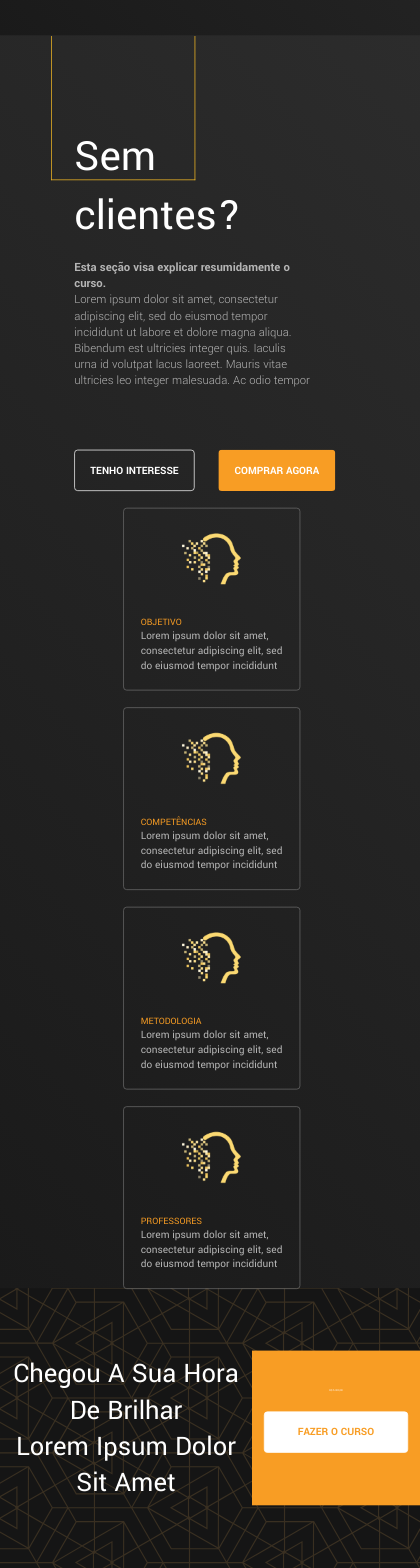
Repository: Rafael-Araujo-dev/Treinamento-Raccoon
Page: Projeto-2/index.html
These files come from the project's save history. The page is drawn as it stood at one moment and after the next save; the edit follows.
The browser window is 600 px wide. The pictures show the part of the page from y = 749 to 2989 px (the page is 2989 px tall), at 70% of full size.

Above is the page before, as saved 2021-09-23 11:35:35.

### Projeto-2/index.html
<!DOCTYPE html>
<html>
    <head>
        <title></title>
        <meta charset="utf-8"/>
        <meta name="viewport" content="width=device-width,initial-scale=1.0,maximum-scale=1.0">
        <link rel="preconnect" href="https://fonts.googleapis.com">
        <link rel="preconnect" href="https://fonts.gstatic.com" crossorigin>
        <link href="https://fonts.googleapis.com/css2?family=Yantramanav:wght@300;400;700&display=swap" rel="stylesheet">
        <link rel="stylesheet" href="css/style.css"/>
    </head>
    <body>
        <section class="hero-section">
            <div class="hero-header">
                <img class="logo" src="images/LOGOSYNAPSE_simbolo_laranja.png"/>
            </div>
            <div class="hero-container">
                <div class="hero-title">
                    Lorem ipsum dolor sit amet,<br>
                    consectetur adipiscing elit
                </div>
                <div class="hero-text">
                    Lorem ipsum dolor sit amet, consectetur adipiscing elit, sed do eiusmod tempor incididunt ut labore et dolore
                </div>
            </div>
            <div class="hero-btn-group">
                <button class="btn secondary">
                    Tenho interesse
                </button>
                <button class="btn primary">
                    Comprar agora
                </button>
            </div>
        </section>

        <section class="course-summary">
            <div class="container">
                <div class="col m">
                    <span class="rectangule"></span>
                    <span class="title">
                        Sem<br>clientes?
                    </span>
                    <div class="text">
                        <strong>Esta seção visa explicar resumidamente o curso.</strong>
                        <br>
                        Lorem ipsum dolor sit amet, consectetur adipiscing elit, sed do eiusmod tempor incididunt ut labore et dolore magna aliqua. Bibendum est ultricies integer quis. Iaculis urna id volutpat lacus laoreet. Mauris vitae ultricies leo integer malesuada. Ac odio tempor
                    </div>
                    <div class="btn-group">
                        <button class="btn secondary">
                            Tenho interesse
                        </button>
                        <button class="btn primary">
                            Comprar agora
                        </button>
                    </div>
                </div>
                <div class="col l">
                    <div class="card-container">
                        <div class="card-item">
                            <div class="container">
                                <div class="card-image">
                                    <img src="./images/Oratória Digital Logo-1.png"/>
                                </div>
                                <div class="card-description">
                                    <div class="card-title">
                                        Objetivo
                                    </div>
                                    <div class="card-text">
                                        Lorem ipsum dolor sit amet, consectetur adipiscing elit, sed do eiusmod tempor incididunt
                                    </div>
                                </div>
                            </div>
                        </div>
                        <div class="card-item">
                            <div class="container">
                                <div class="card-image">
                                    <img src="./images/Oratória Digital Logo-1.png"/>
                                </div>
                                <div class="card-description">
                                    <div class="card-title">
                                        Competências
                                    </div>
                                    <div class="card-text">
                                        Lorem ipsum dolor sit amet, consectetur adipiscing elit, sed do eiusmod tempor incididunt
                                    </div>
                                </div>
                            </div>
                        </div>
                        <div class="card-item">
                            <div class="container">
                                <div class="card-image">
                                    <img src="./images/Oratória Digital Logo-1.png"/>
                                </div>
                                <div class="card-description">
                                    <div class="card-title">
                                        Metodologia
                                    </div>
                                    <div class="card-text">
                                        Lorem ipsum dolor sit amet, consectetur adipiscing elit, sed do eiusmod tempor incididunt
                                    </div>
                                </div>
                            </div>
                        </div>
                        <div class="card-item">
                            <div class="container">
                                <div class="card-image">
                                    <img src="./images/Oratória Digital Logo-1.png"/>
                                </div>
                                <div class="card-description">
                                    <div class="card-title">
                                        Professores
                                    </div>
                                    <div class="card-text">
                                        Lorem ipsum dolor sit amet, consectetur adipiscing elit, sed do eiusmod tempor incididunt
                                    </div>
                                </div>
                            </div>
                        </div>
                    </div>
                </div>
                <center>
                    <div class="btn-group mobile">
                        <button class="btn secondary">
                            Tenho interesse
                        </button>
                        <button class="btn primary">
                            Comprar agora
                        </button>
                    </div>
                </center>
            </div>
        </section>

        <section class="take-course">
            <div class="container">
                <div class="text">
                    Chegou a sua hora de brilhar <br>lorem ipsum dolor sit amet
                </div>
                <div class="card">
                    <div class="text">
                        R$ 5.000,00
                    </div>
                    <button class="btn white">
                        Fazer o curso
                    </button>
                </div>
            </div>
        </section>

    </body>
</html>

### Projeto-2/css/style.css
* {
    margin: 0;
    padding: 0;
    box-sizing: border-box;
    font-family: 'Yantramanav', sans-serif;
}

.btn {
    font-size: 20px;
    text-transform: uppercase;
    padding: 18px 22px;
    margin: 0px 15px 24px 15px;
    font-weight: bold;
}

@media (max-width: 890px) {
    .btn {
        font-size: 20px;
    }
}

@media (max-width: 645px) {
    .btn {
        font-size: 17px;
    }
}

@media (max-width: 500px) {
    .btn {
        font-size: 16px;
    }
}

.btn.primary {
    background-color: #F89D24;
    border: 1px solid transparent;
    border-radius: 5px;
    color: #FFF;
}

.btn.secondary {
    background-color: transparent;
    border: 1px solid #FFF;
    border-radius: 5px;
    color: #FFF;
}

.btn.white {
    background-color: #FFFFFF;
    border: 1px solid #FFF;
    border-radius: 5px;
    color: #000;
}

.hero-section {
    background: rgb(26,26,26);
    background: linear-gradient(45deg, rgba(26,26,26,1) 0%, rgba(44,44,44,1) 100%);
    min-height: 100vh;
    display: flex;
    flex-direction: column;
    justify-content: space-around;
}

.hero-header .logo {
    margin-left: 3.15%;
    margin-top: 2%;
    width: 12.1%;
    max-width: 100px;
}

.hero-container {
    position: relative;
    margin: auto;
    display: flex;
    flex-direction: column;
    flex-wrap: wrap;
}

@media (max-width: 1240px) {
    .hero-container {
        width: 60%;
    }
}

@media (max-width: 1028px) {
    .hero-container {
        width: 70%;
    }
}

@media (max-width: 890px) {
    .hero-container {
        width: 80%;
    }
}

.hero-title, .hero-text {
    color: #FFFFFF;
    text-align: center;
}

.hero-title {
    font-size: 54px;
    /* margin-top: 15.5vh; */
    text-transform: capitalize;
}

@media (max-width: 890px) {
    .hero-title {
        /* margin-top: 14%; */
        font-size: 45px;
    }
}

@media (max-width: 645px) {
    .hero-title {
        /* margin-top: 8%; */
        font-size: 40.5px;
    }
}

@media (max-width: 500px) {
    .hero-title {
        /* margin-top: 0%; */
    }
}

.hero-text {
    color: #B5B5B5;
    font-size: 18px;
    width: 60%;
    margin-top: 1.8vh;
    line-height: 30px;
    align-self: center;
    margin-bottom: 35px;
}

@media (max-width: 1024px) {
    .hero-text {
        width: 80%;
    }
}

@media (max-width: 890px) {
    .hero-text {

        font-size: 15px;
        width: 50%;
    }
}

@media (max-width: 645px) {
    .hero-text {

        font-size: 13.5px;
        width: 80%;
    }
}

@media (max-width: 500px) {
    .hero-text {
        /* margin-top: 5%; */
        width: 100%;
    }
}

.hero-btn-group {
    margin-bottom: 22.5vh;
    text-align: center;
}

.course-summary {
    background: rgb(26,26,26);
    background: linear-gradient(45deg, rgba(26,26,26,1) 0%, rgba(44,44,44,1) 100%);
    min-height: 100vh;
    padding-top: 18.6vh;
    margin-top: -1px;
}

@media (max-width: 450px) {
    .course-summary {
        padding-top: 6.5vh;
    }
}

.course-summary .container {
    position: relative;
    margin: auto;
    display: flex;
    justify-content:center;
    flex-wrap: wrap;
}

.course-summary .col {
    display: flex;
}

.course-summary .col.m {
    display: flex;
    flex-direction: column;
}

.course-summary .col.l {
    margin-left: 5vw;
}

.course-summary .col .rectangule {
    position: absolute;
    margin-top: -18.5vh;
    margin-left: -5.5vw;
    border: 1px solid #FEC024;
    border-top: none;
    width: 206px;
    height: 206px;
}

.course-summary .col .title {
    font-size: 64px;
    color: #FFFFFF;
    margin-top: -2vh;
}

@media (max-width: 450px) {
    .course-summary .col .rectangule {
        margin-top: -6.5vh;
        margin-left: 3.8vw;
        width: 110px;
        height: 110px;
    }

    .course-summary .col .title {
        font-size: 48px;
        margin-left: 24px;
        margin-top: 1vh;
    }
}

.course-summary .col .text {
    font-size: 18px;
    color: #B5B5B5;
    font-weight: 300;
    max-width: 337px;
    margin-top: 2.6vh;
}

@media (max-width: 450px) {
    .course-summary .col .text {
        font-size: 13.5px;
        max-width: 85%;
        line-height: 25px;
        align-self: center;
    }
}

.course-summary .col .btn-group {
    margin-top: 11vh;
    margin-left: -15px;
}

.course-summary .btn-group.mobile {
    display: none;
    margin-top: 36px;
}

@media (max-width: 450px) {
    .course-summary .col .btn-group {
        display: none;
    }

    .course-summary .btn-group.mobile {
        display: inherit;
    }
}

.course-summary .col .btn-group .btn {
    font-size: 16px;
}

.course-summary .card-container {
    display: grid;
    grid-template-columns: repeat(2, 1fr);
    grid-template-rows: repeat(2, 1fr);
    grid-column-gap: 2vw;
    grid-row-gap: 3vh;
}

@media(max-width: 650px) {
    .course-summary .card-container {
        grid-template-columns: repeat(1, 1fr);
        grid-template-rows: repeat(1, 1fr);
        margin-left: -25px;
    }
}

@media(max-width: 450px) {
    .course-summary .card-container {
        margin-top: 50px;
    }
}

@media(max-width: 300px) {
    .course-summary .card-container {
        margin-left: -10px;
    }
}

.course-summary .card-item {
    border: 1px solid #6E6E6E;
    border-radius: 5px;
    max-width: 253px;
}

.course-summary .card-item .container {
    text-align: center;
    margin: 24px;
    padding: 0;
}

.course-summary .card-item .card-description {
    text-align: left;
}

.course-summary .card-item .card-title {
    font-size: 14px;
    color: #F89D24;
    text-transform: uppercase;
    margin-top: 3.5vh;
}

.course-summary .card-item .card-text {
    font-size: 16px;
    color: #B5B5B5;
}

.take-course {
    background-color: #191919;
    background-image: url('../images/Grupo\ 34.svg');
    height: 400px;
    margin-top: -1px;
}

.take-course .container{
    background-color: rgba(20,20,20,0.7);
}

.take-course .container {
    height: 100%;
    display: flex;
    flex-direction: row;
    justify-content: end;
    align-items: center;
    padding-right: 0;
    flex-wrap: wrap;
}

.take-course .container .text {
    font-size: 54px;
    color: #FFFFFF;
    text-align: center;
    width: 60%;
    text-transform: capitalize;
}

@media(max-width: 650px) {
    .take-course .container .text {
        font-size: 40.5px;
    }
}

.take-course .container .card {
    display: flex;
    flex-direction: column;
    align-items: center;
    background-color:#F89D24;
    width: 40%;
    padding-top: 53px;
    padding-bottom: 75px;
}

.take-course .container .card .btn {
    margin: 0;
    margin-top: 29px;
    padding-left: 48px;
    padding-right: 48px;
    font-size: 16px;
    color: #F89D24;
}

.take-course .container .card .text {
    font-weight: normal;
    font-size: 64px;
}

@media(max-width: 650px) {
    .take-course .container .card .text {
        font-size: 4px;
    }
}

After the next save:
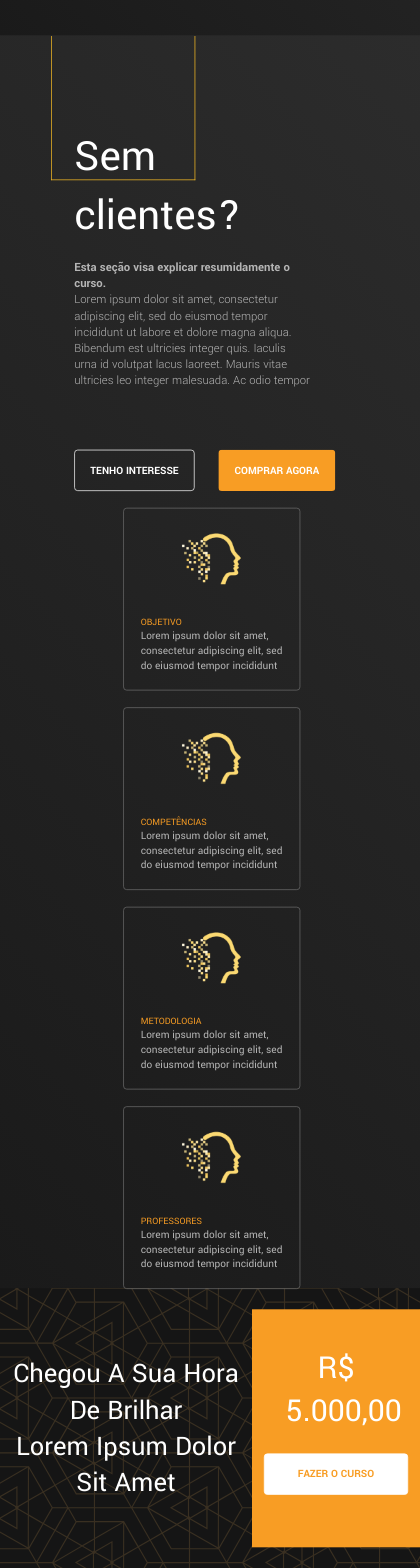
Saved 8 s later.
--- a/Projeto-2/css/style.css
+++ b/Projeto-2/css/style.css
@@ -393,6 +393,6 @@
 
 @media(max-width: 650px) {
     .take-course .container .card .text {
-        font-size: 4px;
-    }
-}
+        font-size: 48px;
+    }
+}
